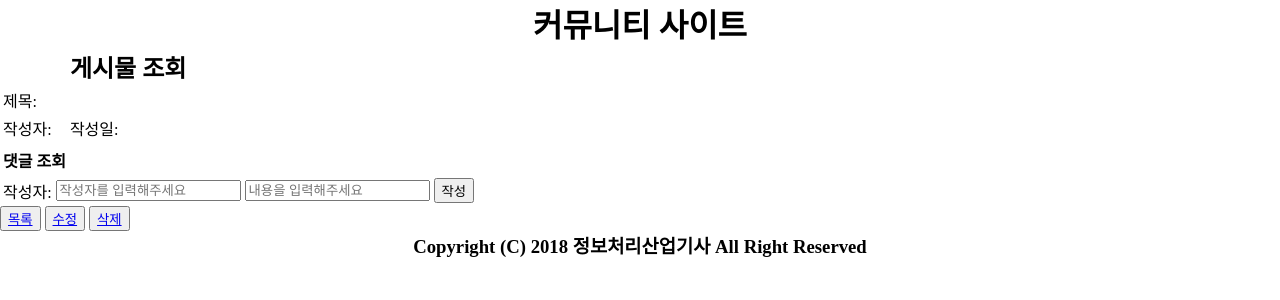
Repository: Tor1a/SpringSet
Page: http://localhost/practice01/WEB-INF/views/post/Lookup.jsp
The author's editor kept a copy of each file at every save. The page is drawn from the files as they stood at one save, then again after the next save.
The browser window is 1280 px wide. The pictures show the whole page.
The page is served by Tomcat 9. Nobody is signed in. Other server files are loaded and not shown. The template is opened directly, without the code that normally fills it, so the values that code supplies are empty.

Above is the page before, as saved 2022-04-15 05:52:57.

### practice01/src/main/webapp/WEB-INF/views/post/Lookup.jsp
<%@ page language="java" contentType="text/html; charset=UTF-8"    pageEncoding="UTF-8"%>
<%@ taglib prefix="c" uri="http://java.sun.com/jsp/jstl/core" %>
<%@ include file="../include/header.jsp" %>

<script src="${pageContext.request.contextPath}/resources/js/post/commentAdd.js"></script>
	<table>
		<thead>
			<th><td><h2>게시물 조회</h2></td></th>
		</thead>
		<tbody>
			<tr>
				<td>제목: ${vo.subject}</td>
			</tr>
			<tr>
				<td>작성자: ${vo.writer}</td>
				<td>작성일: ${vo.date}</td>
			</tr>
			<tr>
				<td>${vo.content}</td>
			</tr>
		</tbody>
			<th>댓글 조회</th>
			<c:forEach var="list" items="${list}">
			<tr>
				<td>
					${list.writer} / ${list.content} / ${list.date} / <a href="CommentDel.do?idx=${list.bidx}&bidx=${vo.idx}">삭제</a>
				</td>
			</tr>
			</c:forEach>
		<form id="commentAddForm">
			<input type="hidden" name="bidx" value="${vo.idx}" >
			<table>
				<tr>
					<td>작성자:</td>
					 <td><input type="text" id ="cmWriter" name="writer" placeholder="작성자를 입력해주세요"></td>
					 <td><input type="text" id ="cmContent" name="content" placeholder="내용을 입력해주세요"></td>
					 <td><input type="button" value="작성" onclick="addCheck()"></td>
				</tr>
			</table>
		</form>
		<tr>
		<button><a href="/controller">목록</a></button>
		<button><a href="updatForm.do?idx=${vo.idx}">수정</a></button>
		<button><a href="delete.do?idx=${vo.idx}">삭제</a></button>
		</tr>
	</table>


<%@ include file="../include/footer.jsp" %>

### practice01/src/main/webapp/WEB-INF/views/include/header.jsp
<%@ page language="java" contentType="text/html; charset=UTF-8"    pageEncoding="UTF-8"%>
<%@ taglib prefix="c" uri="http://java.sun.com/jsp/jstl/core" %>
<%@ taglib prefix="fmt" uri="http://java.sun.com/jsp/jstl/fmt" %>

<!DOCTYPE html>
<html>
<head>

<meta charset="UTF-8">
<script src="${pageContext.request.contextPath}/resources/js/jquery-3.6.0.min.js">
</script>
<link rel="stylesheet" href="${pageContext.request.contextPath}/resources/css/header.css">

</head>
<body>

    <h1>커뮤니티 사이트</h1>

### practice01/src/main/webapp/WEB-INF/views/include/footer.jsp
<%@ page language="java" contentType="text/html; charset=UTF-8"    pageEncoding="UTF-8"%>
<link rel="stylesheet" href="${pageContext.request.contextPath}/resources/css/footer.css">


<h3>Copyright (C) 2018 정보처리산업기사 All Right Reserved</h3>

</body>
</html>

### practice01/src/main/webapp/resources/css/header.css
@charset "UTF-8";
body, h1, h2, h3, h4, h5, p, ul, li, ol, dd, dt, dl { padding: 0; margin: 0; }

ul {list-style: none;}

a:hover{text-decoration: none;}

body{height: 100%;}

.sub{dispaly:flex; justify-content: space-between; flex-direction: row; flex-wrap: nowrap;}
.mainMenu {display: flex; justify-content: space-around; flex-direction: row; flex-wrap: nowrap;}

h1 {text-align: center;}

### practice01/src/main/webapp/resources/js/post/commentAdd.js
function addCheck(){
	if($("#cmWriter").val() == ""){
		alert("작성자를 입력해주세요");
		$("#cmWriter").focus();
		return;
	}else if($("#cmContent").val() == ""){
		alert("내용을 입력해주세요");
		$("#cmContent").focus();
		return;
	}else{
		var form = document.getElementById('commentAddForm');
		form.action="CommentAdd.do";
		form.method = "POST";
		form.submit();
	}
}

### practice01/src/main/webapp/resources/css/footer.css
@charset "UTF-8";
body, h1, h2, h3, h4, h5, p, ul, li, ol, dd, dt, dl { padding: 0; margin: 0; }

ul {list-style: none;}

a:hover{text-decoration: none;}

body{height: 100%;}

h3 {text-align: center;}

Loaded but not shown: practice01/src/main/webapp/resources/js/jquery-3.6.0.min.js (library)

After the next save:
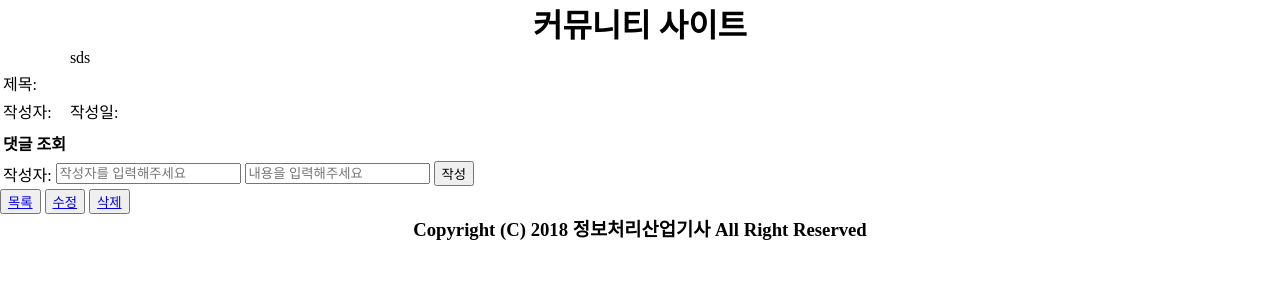
Saved 24 s later.
--- a/practice01/src/main/webapp/WEB-INF/views/post/Lookup.jsp
+++ b/practice01/src/main/webapp/WEB-INF/views/post/Lookup.jsp
@@ -5,7 +5,9 @@
 <script src="${pageContext.request.contextPath}/resources/js/post/commentAdd.js"></script>
 	<table>
 		<thead>
-			<th><td><h2>게시물 조회</h2></td></th>
+			<th>
+				<td>sds</td>
+			</th>
 		</thead>
 		<tbody>
 			<tr>
